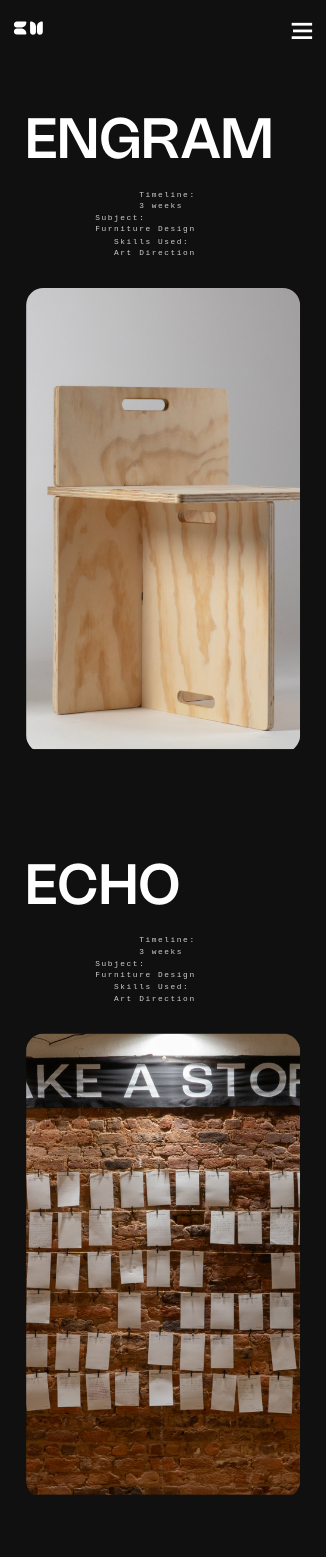
Repository: theethanwright/ethan_wright_portfolio
Page: work.html
These files come from the project's save history. The page is drawn as it stood at one moment and after the next save; the edit follows.
The browser window is 375 px wide. The pictures show the whole page, at 87% of full size.

Above is the page before, as saved 2023-12-26 21:25:28.

After the next save:
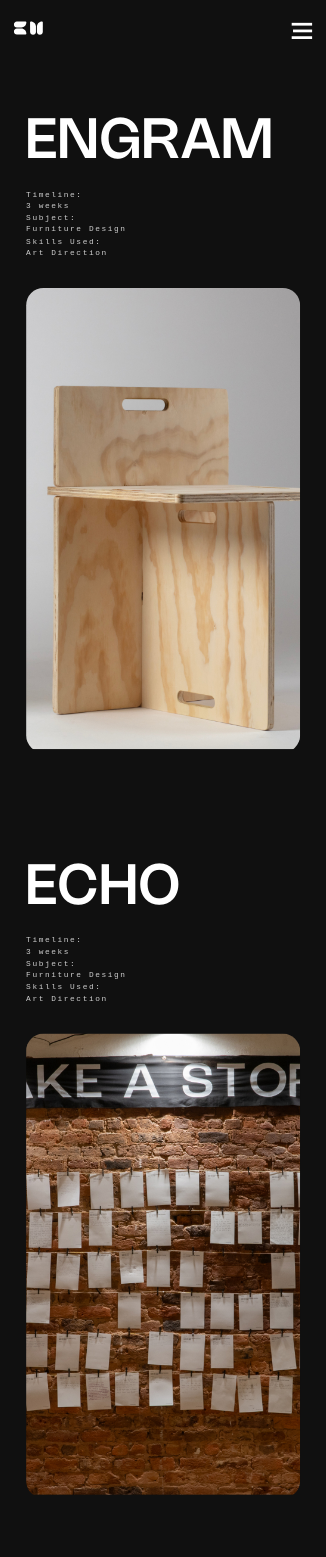
Saved 15 s later.
--- a/work/layouts.css
+++ b/work/layouts.css
@@ -218,8 +218,8 @@
 
       display: flex;
       flex-direction: column;
-      justify-content: flex-start;
-      align-items: flex-end;
+      justify-content: space-between;
+      align-items: flex-start;
       transition-delay: 75ms
     }
 
